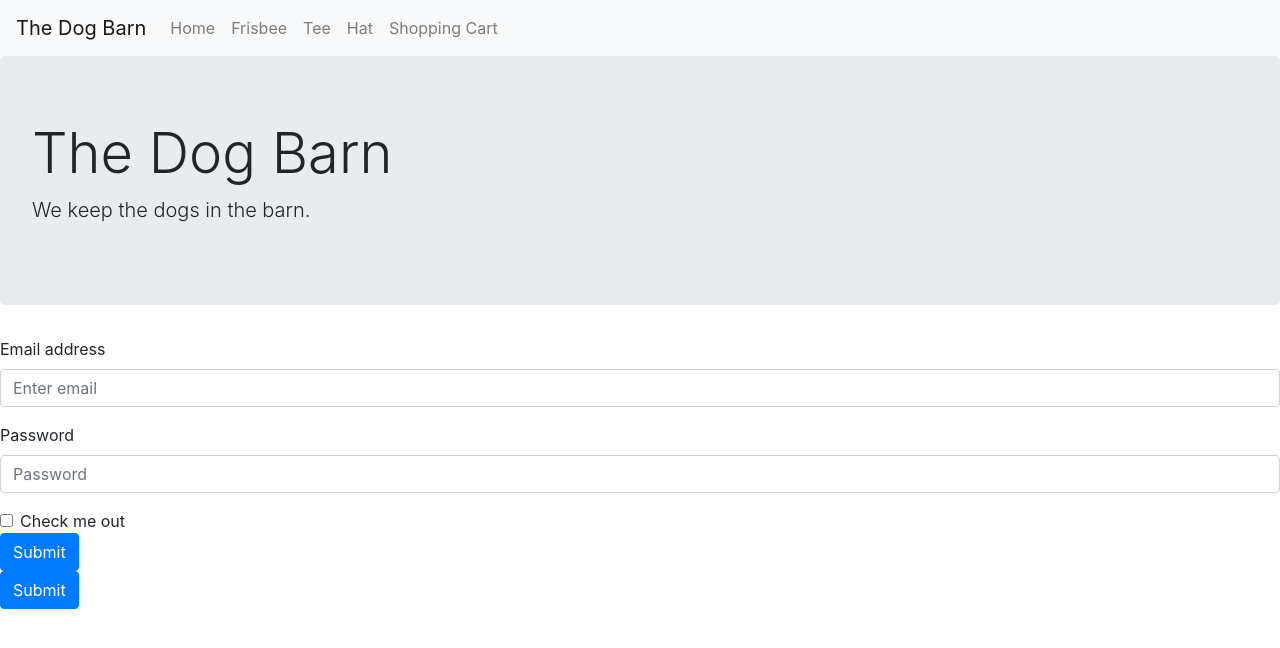
Repository: crudolph1214/SQL-Project
Page: http://localhost/checkout.php
The author's editor kept a record of every edit. The page is drawn from the files as they stood at one moment, then again after the next edit.
The browser window is 1280 px wide. The pictures show the whole page.
The page is run by PHP 8.4 with error messages shown; the project is at /var/www/html/.

Above is the page before.

### workspace/checkout.php
<!DOCTYPE html>
<html lang="en">
    <head>
        <!-- Required meta tags -->
        <meta charset="utf-8">
        <meta name="viewport" content="width=device-width, initial-scale=1, shrink-to-fit=no">

        <!-- Bootstrap CSS -->
        <link rel="stylesheet" href="https://stackpath.bootstrapcdn.com/bootstrap/4.1.0/css/bootstrap.min.css" integrity="sha384-9gVQ4dYFwwWSjIDZnLEWnxCjeSWFphJiwGPXr1jddIhOegiu1FwO5qRGvFXOdJZ4" crossorigin="anonymous">

        <title>The Dog Barn</title>
    </head>
    <body>
        <nav class="navbar navbar-expand-lg navbar-light bg-light">
            <a class="navbar-brand" href="index.php">The Dog Barn</a>
            <button class="navbar-toggler" type="button" data-toggle="collapse" data-target="#navbarNav" aria-controls="navbarNav" aria-expanded="false" aria-label="Toggle navigation">
                <span class="navbar-toggler-icon"></span>
            </button>
            <div class="collapse navbar-collapse" id="navbarNav">
                <ul class="navbar-nav">
                    <li class="nav-item">
                        <a class="nav-link" href="index.php">Home</a>
                    </li>
                    <li class="nav-item">
                        <a class="nav-link" href="frisbee.php">Frisbee</a>
                    </li>
                    <li class="nav-item">
                        <a class="nav-link" href="tee.php">Tee</a>
                    </li>
                    <li class="nav-item">
                        <a class="nav-link" href="hat.php">Hat</a>
                    </li>
                    <li class="nav-item">
                        <a class="nav-link" href="shoppingcart.php">Shopping Cart</a>
                    </li>
                </ul>
            </div>
        </nav>

        <div class="jumbotron">
            <h1 class="display-4">The Dog Barn</h1>
            <p class="lead">We keep the dogs in the barn.</p>
        </div>

        <form action="checkout.php" method="get">
            <div class="form-group">
                <label for="exampleInputEmail1">Email address</label>
                <input type="email" class="form-control" id="exampleInputEmail1" aria-describedby="emailHelp" placeholder="Enter email">
            </div>
            <div class="form-group">
                <label for="exampleInputPassword1">Password</label>
                <input type="password" class="form-control" id="exampleInputPassword1" placeholder="Password">
            </div>
            <div class="form-check">
                <input type="checkbox" class="form-check-input" id="exampleCheck1">
                <label class="form-check-label" for="exampleCheck1">Check me out</label>
            </div>
            <button type="submit" class="btn btn-primary">Submit</button>
        </form>

        <form >
            <input type="submit" class="btn btn-primary" value="Submit">
        </form>

        <!-- jQuery first, then Popper.js, then Bootstrap JS -->
        <script src="https://code.jquery.com/jquery-3.3.1.slim.min.js" integrity="sha384-q8i/X+965DzO0rT7abK41JStQIAqVgRVzpbzo5smXKp4YfRvH+8abtTE1Pi6jizo" crossorigin="anonymous"></script>
        <script src="https://cdnjs.cloudflare.com/ajax/libs/popper.js/1.14.0/umd/popper.min.js" integrity="sha384-cs/chFZiN24E4KMATLdqdvsezGxaGsi4hLGOzlXwp5UZB1LY//20VyM2taTB4QvJ" crossorigin="anonymous"></script>
        <script src="https://stackpath.bootstrapcdn.com/bootstrap/4.1.0/js/bootstrap.min.js" integrity="sha384-uefMccjFJAIv6A+rW+L4AHf99KvxDjWSu1z9VI8SKNVmz4sk7buKt/6v9KI65qnm" crossorigin="anonymous"></script>
    </body>
</html>

After the next edit:
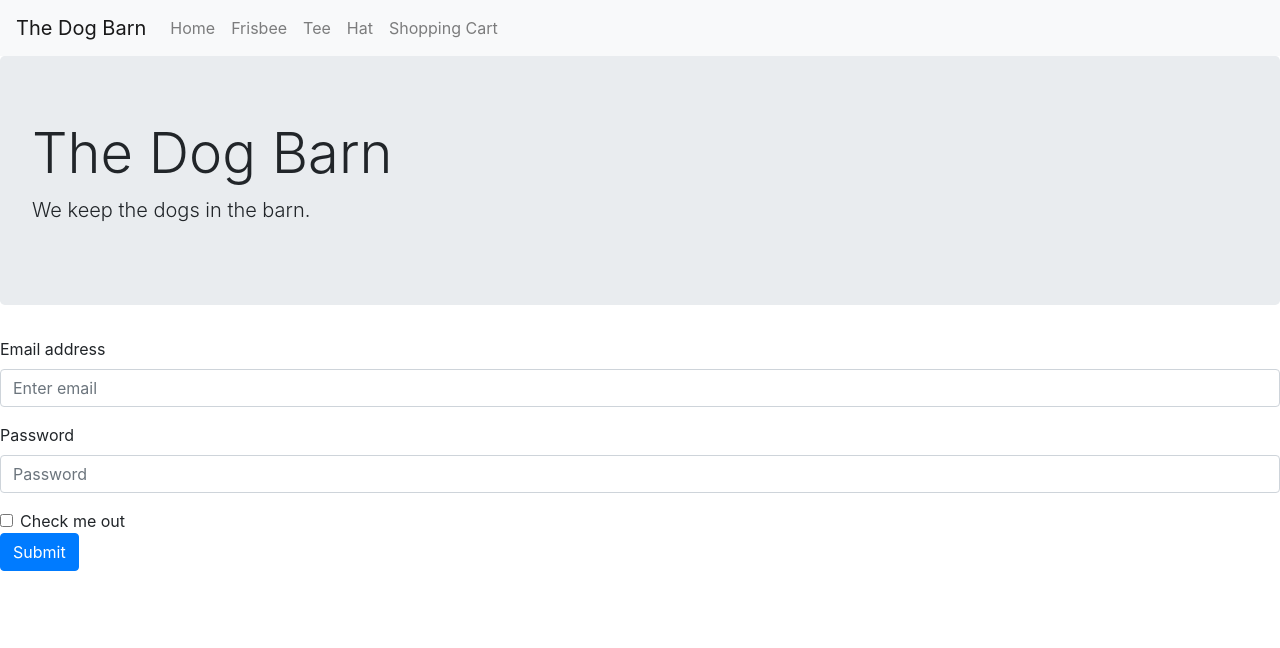
The edit:
--- a/workspace/checkout.php
+++ b/workspace/checkout.php
@@ -58,10 +58,6 @@
             <button type="submit" class="btn btn-primary">Submit</button>
         </form>
 
-        <form >
-            <input type="submit" class="btn btn-primary" value="Submit">
-        </form>
-
         <!-- jQuery first, then Popper.js, then Bootstrap JS -->
         <script src="https://code.jquery.com/jquery-3.3.1.slim.min.js" integrity="sha384-q8i/X+965DzO0rT7abK41JStQIAqVgRVzpbzo5smXKp4YfRvH+8abtTE1Pi6jizo" crossorigin="anonymous"></script>
         <script src="https://cdnjs.cloudflare.com/ajax/libs/popper.js/1.14.0/umd/popper.min.js" integrity="sha384-cs/chFZiN24E4KMATLdqdvsezGxaGsi4hLGOzlXwp5UZB1LY//20VyM2taTB4QvJ" crossorigin="anonymous"></script>
